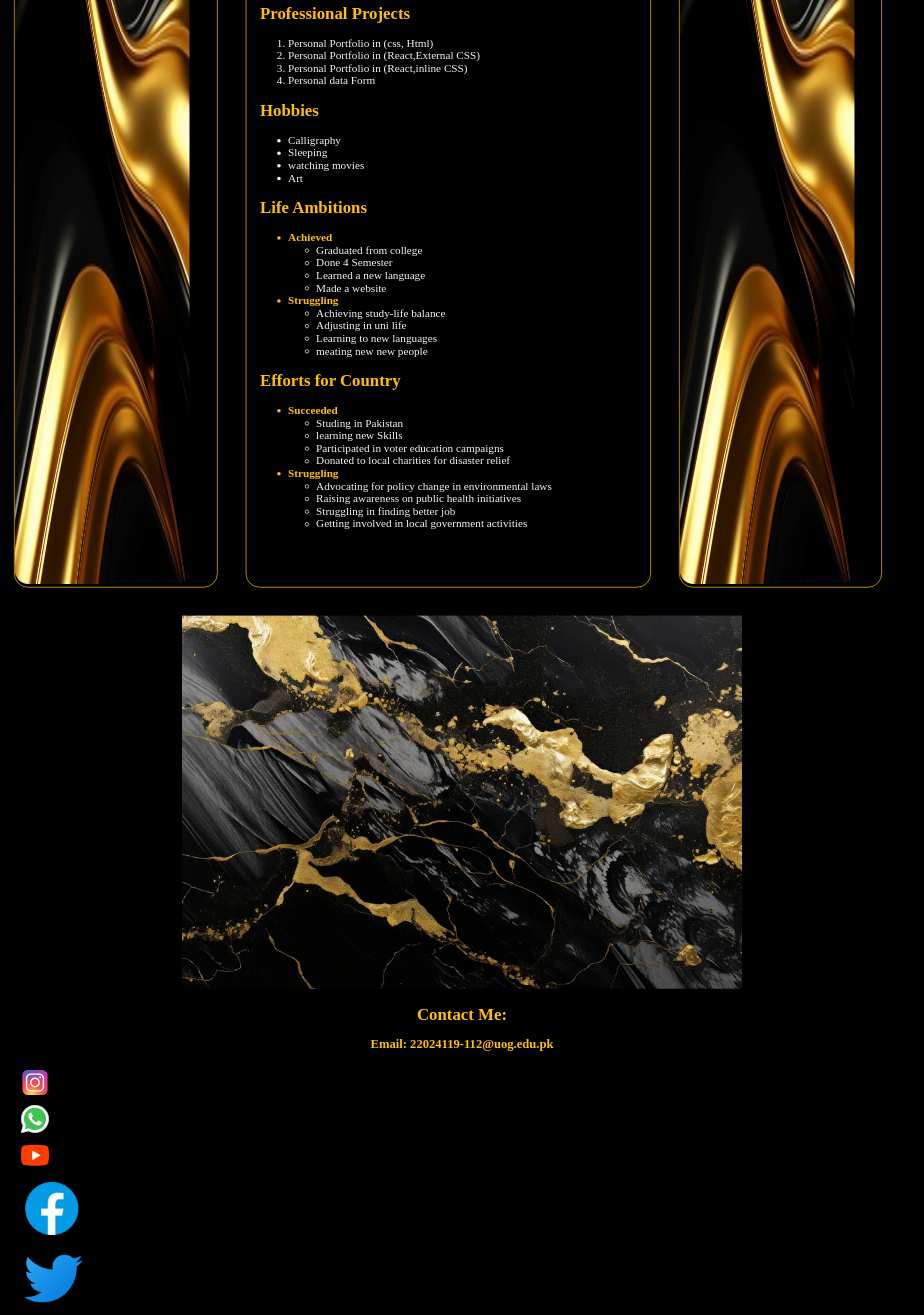
Repository: Fizza-112/project
Page: /
These files come from the project's save history. The page is drawn as it stood at one moment and after a run of saves; the edit follows.
The browser window is 1280 px wide. The page is 1320 px wide, so the pictures cover 1320 px, including what lies to the right of the window. The pictures show the part of the page from y = 749 to 2629 px (the page is 2627 px tall before and 2629 px after), at 70% of full size.
The project was rebuilt for these pictures with package versions that can differ from the ones it lists, and the page was loaded fresh each time. Also part of the build but not shown: vite.config.ts.

Above is the page before, as saved 2024-09-20 13:30:21.

After the next 3 saves:
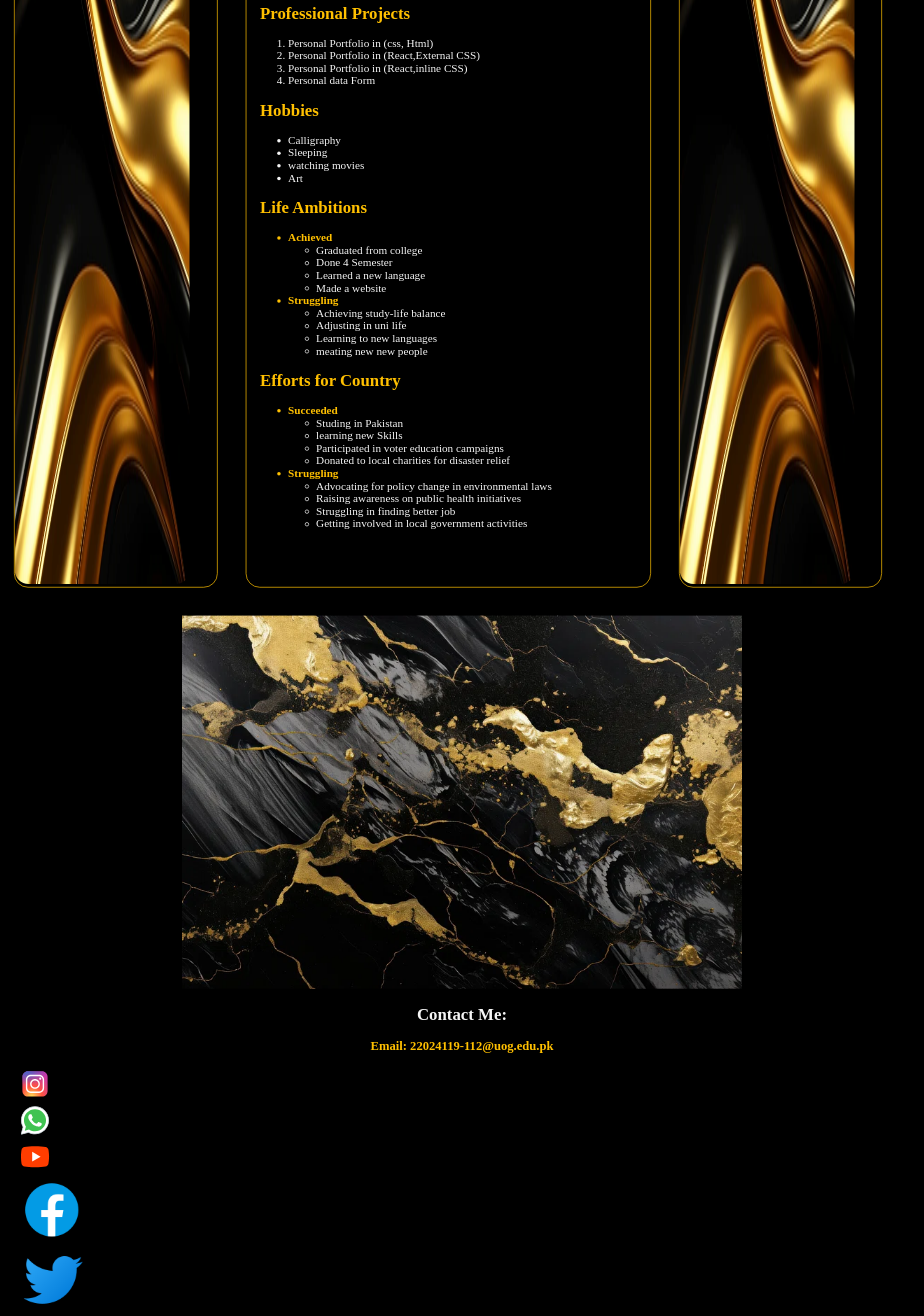
The 3 saves are shown as one change because they came seconds apart.
The last was saved 15 s later.
--- a/src/App.css
+++ b/src/App.css
@@ -242,7 +242,10 @@
   position: relative;
   width: 100%;
   margin-left: 0px;
-}
+
+}
+
+.footer-image
 
 .footer-heading{
 font-size: 24px;

After the save that followed:
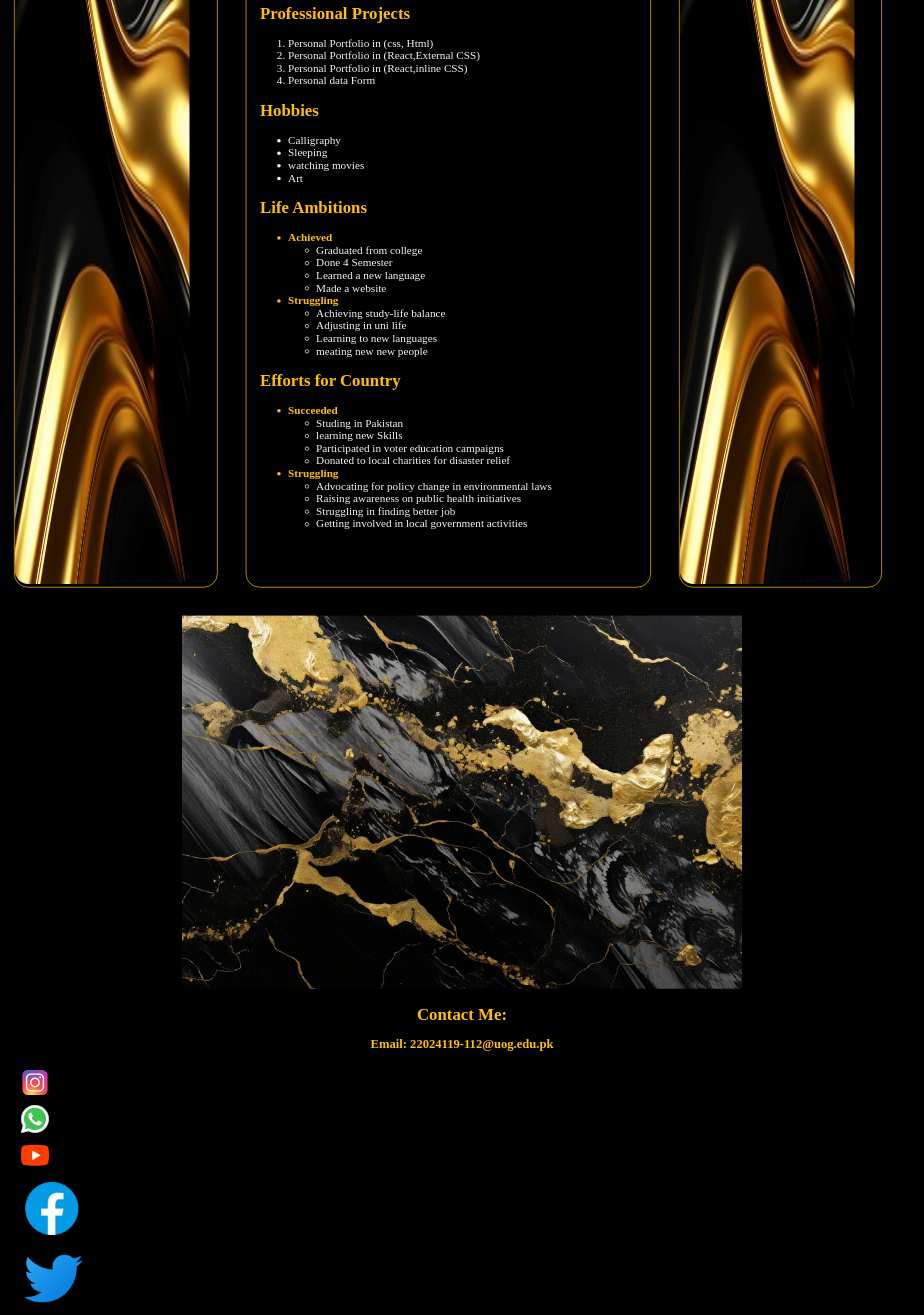
Saved 5 s later.
--- a/src/App.css
+++ b/src/App.css
@@ -245,7 +245,9 @@
 
 }
 
-.footer-image
+.footer-image{
+
+}
 
 .footer-heading{
 font-size: 24px;
